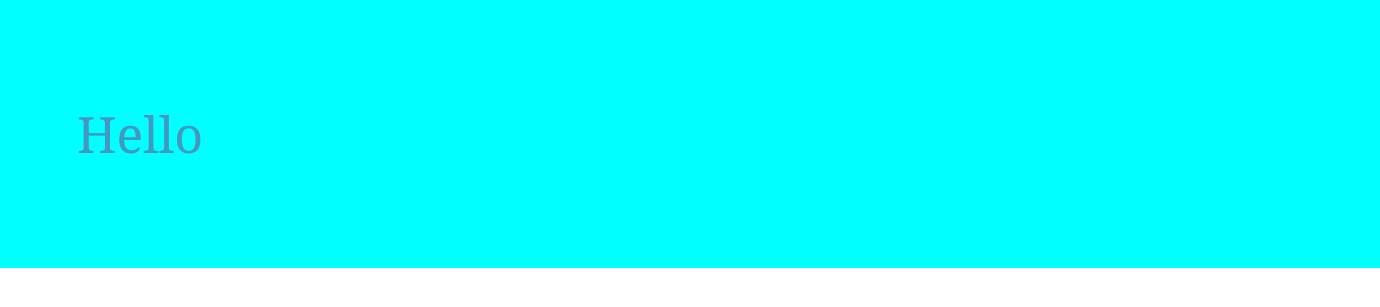
Repository: stephen-anaba/flight-reservation-system-prototype
Page: / (app in frontend/)
The author's editor kept a copy of each file at every save. The page is drawn from the files as they stood at one save, then again after a run of saves.
The browser window is 1280 px wide. The page is 1380 px wide, then 1300 px, so the pictures cover 1380 px, including what lies to the right of the window. The pictures show the whole page.
The project was rebuilt for these pictures with package versions that can differ from the ones it lists, and the page was loaded fresh each time.

Above is the page before, as saved 2026-05-08 11:08:37.

After the next 2 saves:
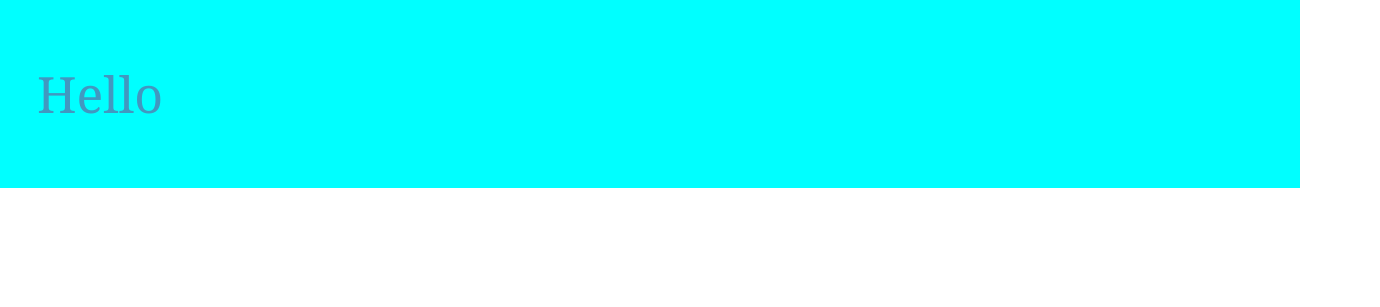
The 2 saves are shown as one change because they came seconds apart.
The last was saved 7 s later.
--- a/frontend/src/components/styles.css
+++ b/frontend/src/components/styles.css
@@ -12,7 +12,7 @@ body {
     top: 0px;
     width: 100%;
     margin: 0px;
-    padding: 50px;
+    padding: 10px;
     background-color: aqua;
     color: rgb(65, 152, 192);
 }
